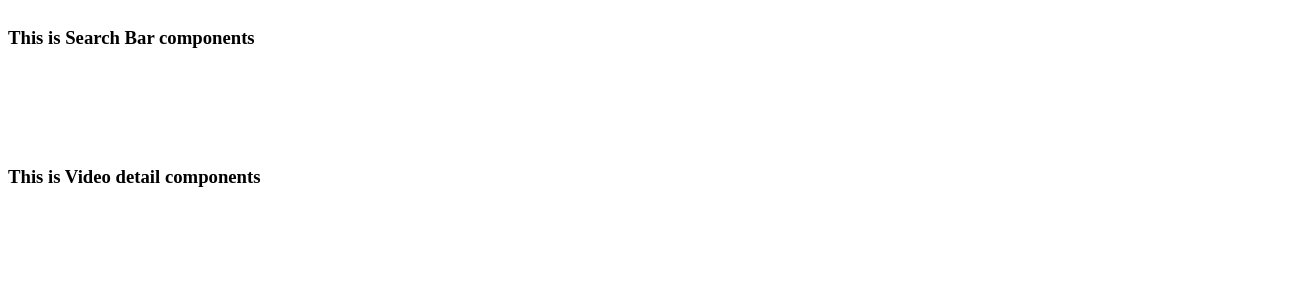
Repository: Vickydew1/YouTube_Clone
Page: /
An editor plug-in stored every save of this project. The page is shown before and after the next save, followed by the edit.
The browser window is 1280 px wide. The page is 1312 px wide, so the pictures cover 1312 px, including what lies to the right of the window. The pictures show the whole page.
The project was rebuilt for these pictures with package versions that can differ from the ones it lists, and the page was loaded fresh each time.

Above is the page before, as saved 2022-03-01 23:19:50.

### src/App.js
import React from "react";
// eslint-disable-next-line no-unused-vars
import youtube from "./api/youtube";
import { Grid } from "@material-ui/core";

import { SearchBar, VideoDetail } from "./components";

// import { VideoList } from "./components/VideoList";

class App extends React.Component {
  render() {
    return (
      <Grid justifyContent="center" container spacing={10}>
        <Grid item xs={12}>
          <Grid container spacing={10}>
            <Grid item xs={12}>
              <SearchBar />
            </Grid>
            <Grid item xs={8}>
              <VideoDetail />
            </Grid>
            <Grid item xs={4}>
              {/*  {video List}  */}
            </Grid>
          </Grid>
        </Grid>
      </Grid>
    );
  }
}

export default App;

### src/api/youtube.js
import axios from "axios";

export default axios.create({
  baseURL: "https://www.googleapis.com/youtube/v3",
  params: {
    part: "snippet",
    maxResults: 5,
    key: "AIzaSyAXLDQR2yjJdQyC_Hruacd21UQA1x5q95Y",
  },
});

### src/components/index.js
export { default as SearchBar } from "./SearchBar";
export { default as VideoDetail } from "./VideoDetail";

### src/components/SearchBar.js
import React from "react";

import { Paper, TextField } from "@material-ui/core";

class SearchBar extends React.Component {
  state = {
    searchTerm: "",
  };

  render() {
    return <h3>This is Search Bar components</h3>;
  }
}

export default SearchBar;

### src/components/VideoDetail.js
import React from "react";

class VideoDetail extends React.Component {
  render() {
    return <h3>This is Video detail components</h3>;
  }
}

export default VideoDetail;

Loaded but not shown: public/index.html (common file); src/index.js (common file)

After the next save:
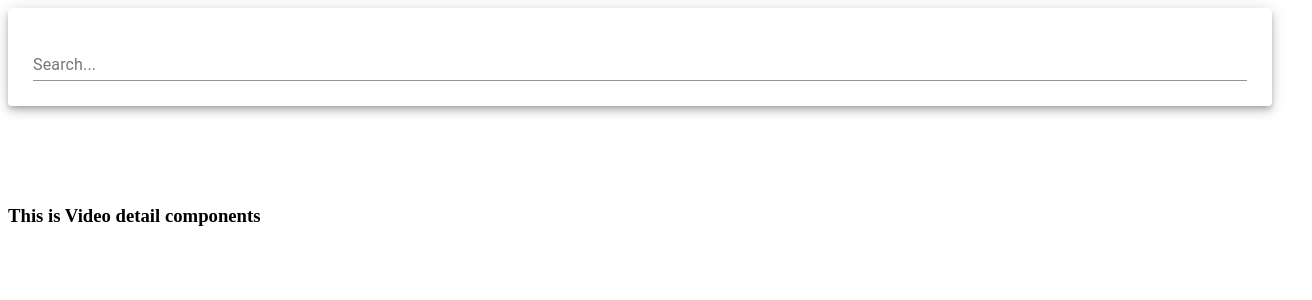
Saved 2 min 17 s later.
--- a/src/components/SearchBar.js
+++ b/src/components/SearchBar.js
@@ -8,7 +8,13 @@ class SearchBar extends React.Component {
   };
 
   render() {
-    return <h3>This is Search Bar components</h3>;
+    return (
+      <Paper elevation={6} style={{ padding: "25px" }}>
+        <form>
+          <TextField fullWidth label="Search..."></TextField>
+        </form>
+      </Paper>
+    );
   }
 }
 
